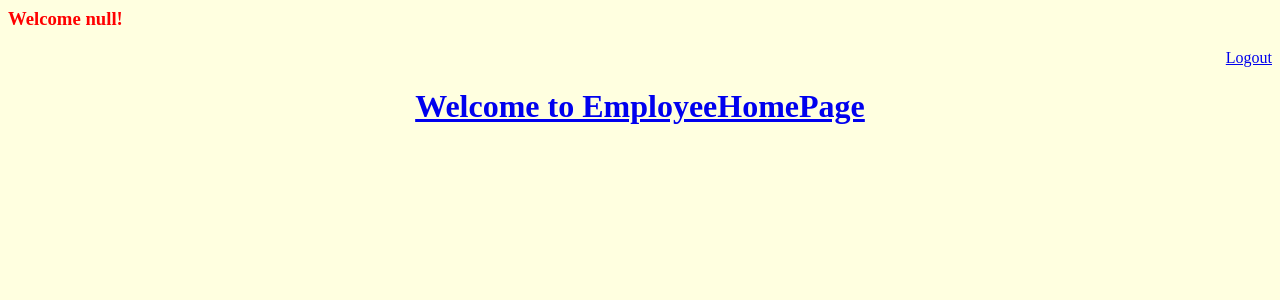
Repository: rajeshyadav3/Advjava
Page: http://localhost/EmpWebApp/EmpHomePage
These files come from the project's save history. The page is drawn as it stood at one moment and after the next save; the edit follows.
The browser window is 1280 px wide. The pictures show the whole page.
The page is served by Tomcat 9. The session is filled in as if someone had signed in: {"emailId": "test@example.com"}. Other server files are loaded and not shown.

Above is the page before, as saved 2024-01-08 09:16:52.

### workspace2/EmpWebApp/src/com/web/EmpHomePage.java
package com.web;

import java.io.IOException;
import java.io.PrintWriter;

import javax.servlet.ServletException;
import javax.servlet.annotation.WebServlet;
import javax.servlet.http.HttpServlet;
import javax.servlet.http.HttpServletRequest;
import javax.servlet.http.HttpServletResponse;


@WebServlet("/EmpHomePage")
public class EmpHomePage extends HttpServlet {

	protected void doGet(HttpServletRequest request, HttpServletResponse response) throws ServletException, IOException {

		response.setContentType("text/html");
		PrintWriter out = response.getWriter();

		String emailId = request.getParameter("emailId");

		out.println("<body bgcolor='lightyellow' text='green'>");

		out.print("<h3 style='color:red;'>Welcome " + emailId + "!</h3>");

		out.print("<form align='right'>");
		out.print("<a href='Logout'>Logout</>");
		out.print("<form>");

		out.println("<center>");
		out.println("<h1>Welcome to EmployeeHomePage</h1>");
		out.println("</center>");
		out.println("</body>");
	}


	protected void doPost(HttpServletRequest request, HttpServletResponse response) throws ServletException, IOException {

		doGet(request, response);
	}

}

After the next save:
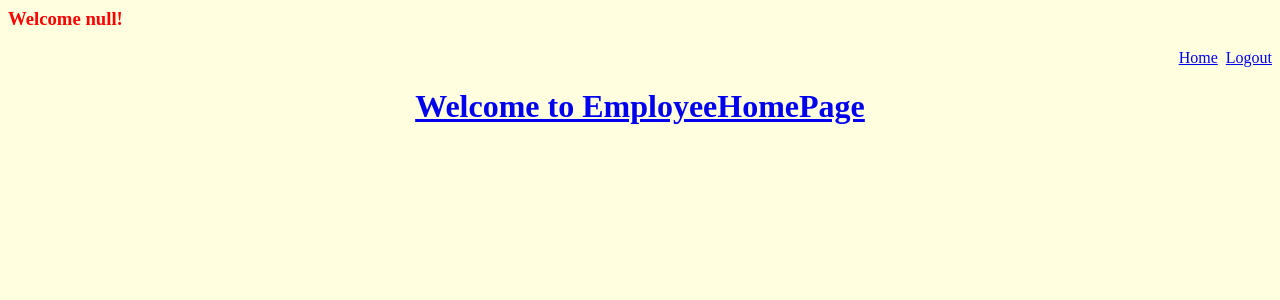
Saved 71 s later.
--- a/workspace2/EmpWebApp/src/com/web/EmpHomePage.java
+++ b/workspace2/EmpWebApp/src/com/web/EmpHomePage.java
@@ -25,6 +25,7 @@ public class EmpHomePage extends HttpServlet {
 		out.print("<h3 style='color:red;'>Welcome " + emailId + "!</h3>");
 
 		out.print("<form align='right'>");
+		out.print("<a href='EmpHomePage'>Home</a> &nbsp;");
 		out.print("<a href='Logout'>Logout</>");
 		out.print("<form>");
 
